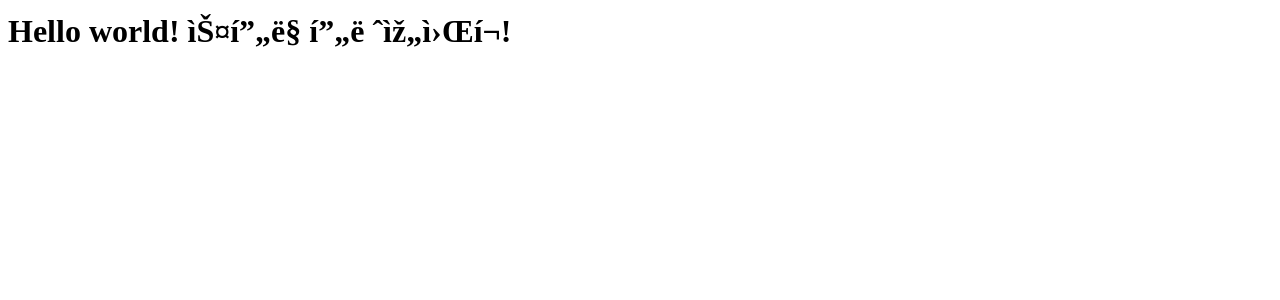
Repository: kimheerin/springWorks
Page: http://localhost/jwspring2/
These files come from the project's save history. The page is drawn as it stood at one moment and after the next save; the edit follows.
The browser window is 1280 px wide. The pictures show the whole page.
The page is served by Tomcat 9. Other server files are loaded and not shown.

Above is the page before, as saved 2023-12-27 01:42:15.

### jwspring2/src/main/webapp/WEB-INF/views/home.jsp
<%@ taglib uri="http://java.sun.com/jsp/jstl/core" prefix="c" %>
<%@ page session="false" %>
<html>
<head>
	<title>Home</title>
</head>
<body>
<h1>
	Hello world! 스프링 프레임워크!
</h1>
</body>
</html>

After the next save:
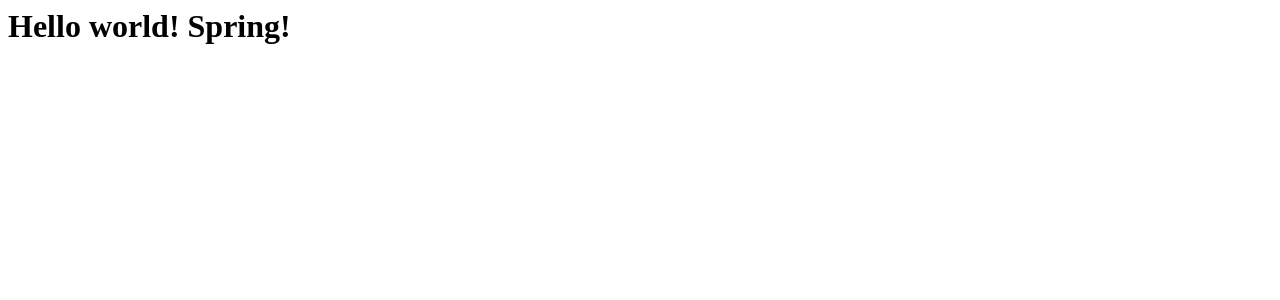
Saved 10 s later.
--- a/jwspring2/src/main/webapp/WEB-INF/views/home.jsp
+++ b/jwspring2/src/main/webapp/WEB-INF/views/home.jsp
@@ -6,7 +6,7 @@
 </head>
 <body>
 <h1>
-	Hello world! 스프링 프레임워크!
+	Hello world! Spring!
 </h1>
 </body>
 </html>
